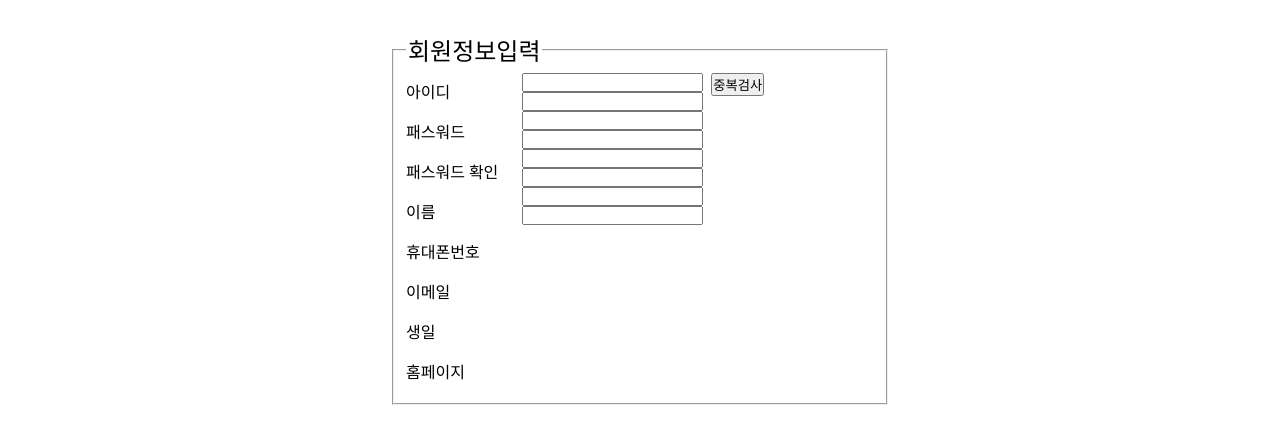
Repository: saysang22/servlet
Page: http://localhost/BookMarket/validationExample.jsp
These files come from the project's save history. The page is drawn as it stood at one moment and after the next save; the edit follows.
The browser window is 1280 px wide. The pictures show the whole page.
The page is served by Tomcat 10.

Above is the page before, as saved 2024-05-31 08:00:37.

After the next save:
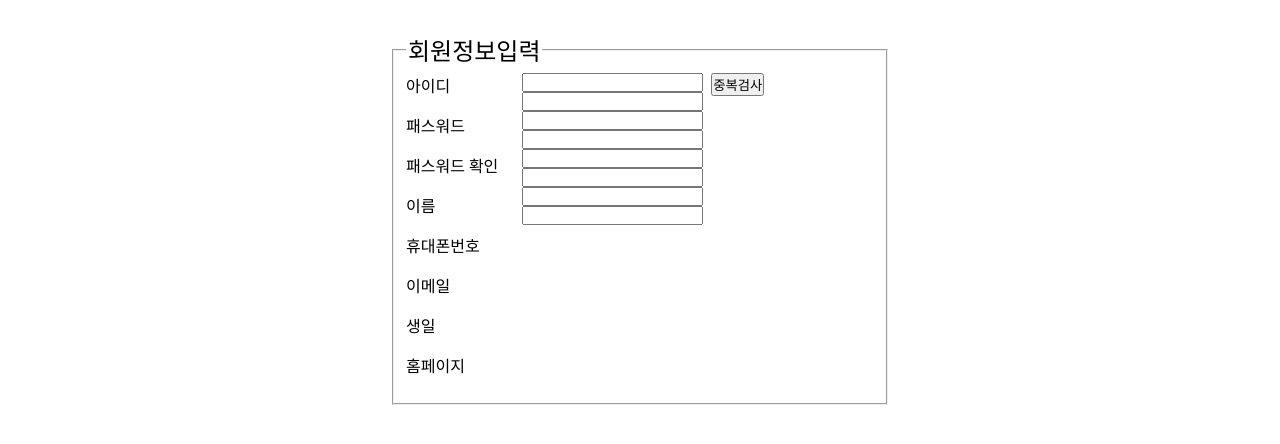
Saved 16 s later.
--- a/BookMarket/src/main/webapp/resources/css/validationExample.css
+++ b/BookMarket/src/main/webapp/resources/css/validationExample.css
@@ -29,7 +29,7 @@ ul {
 
 .firstUl li{
 	height: 40px;
-	line-height: 40px;
+
 }
 
 .lastUl {
